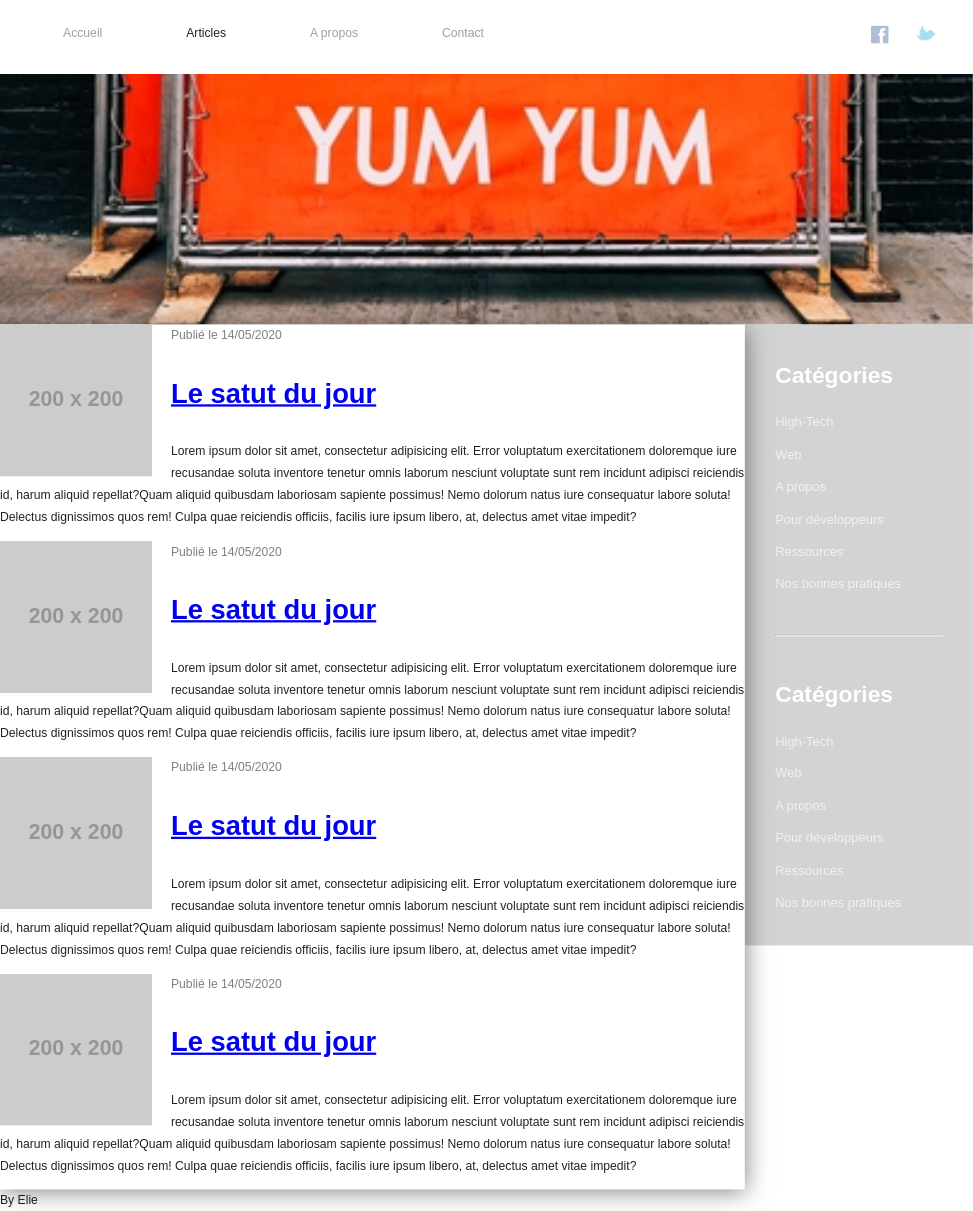
Repository: Elie-Dey/blog-train
Page: index.html
The author's editor kept a copy of each file at every save. The page is drawn from the files as they stood at one save, then again after the next save.
The browser window is 1280 px wide. The pictures show the whole page, at 76% of full size.

Above is the page before, as saved 2020-06-17 02:56:40.

After the next save:
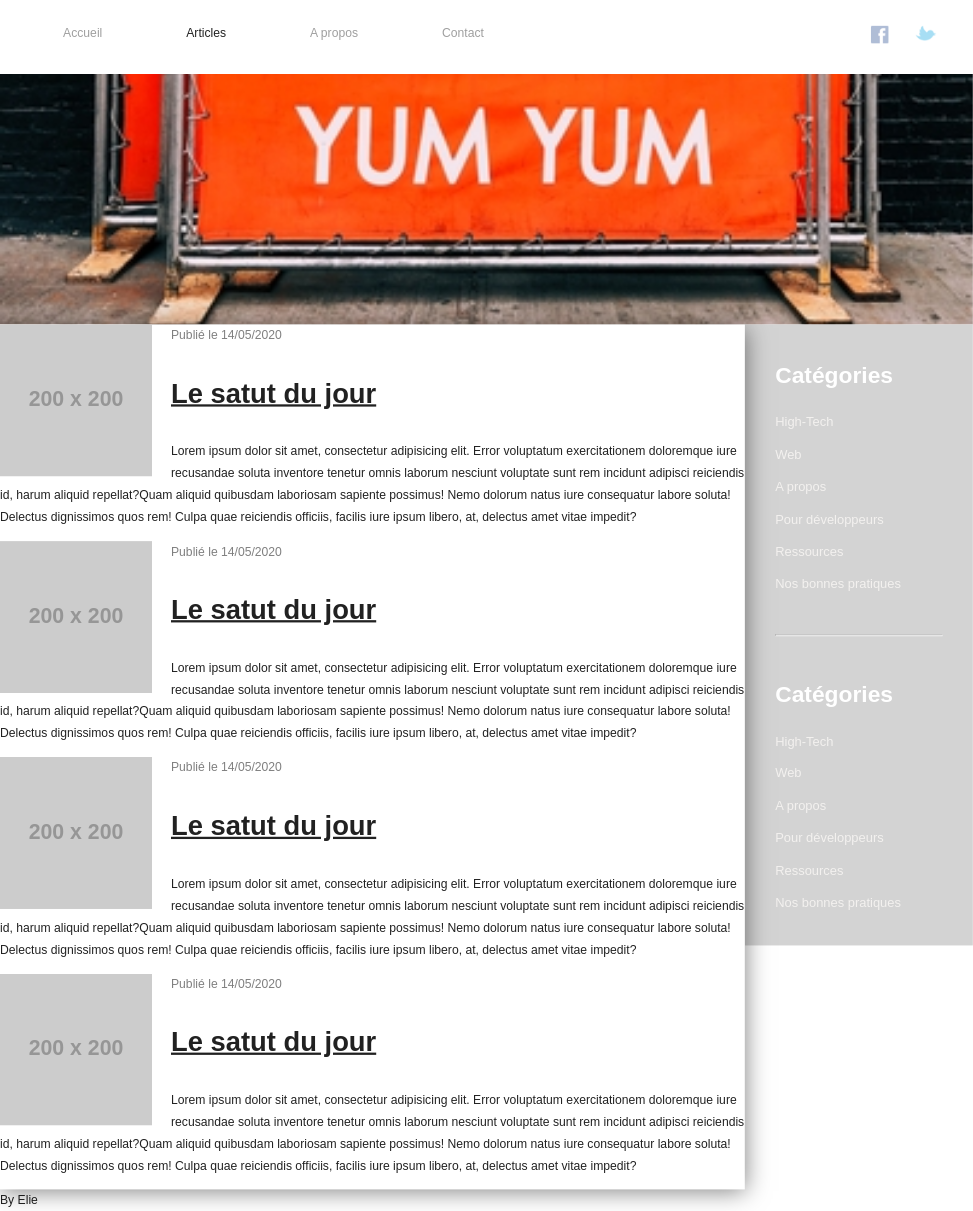
Saved 2 min 12 s later.
--- a/style.css
+++ b/style.css
@@ -130,6 +130,10 @@ body, html
 {
     overflow: hidden;
 }
+.article a
+{
+    color: inherit;
+}
 .article-img
 {
     float: left;
